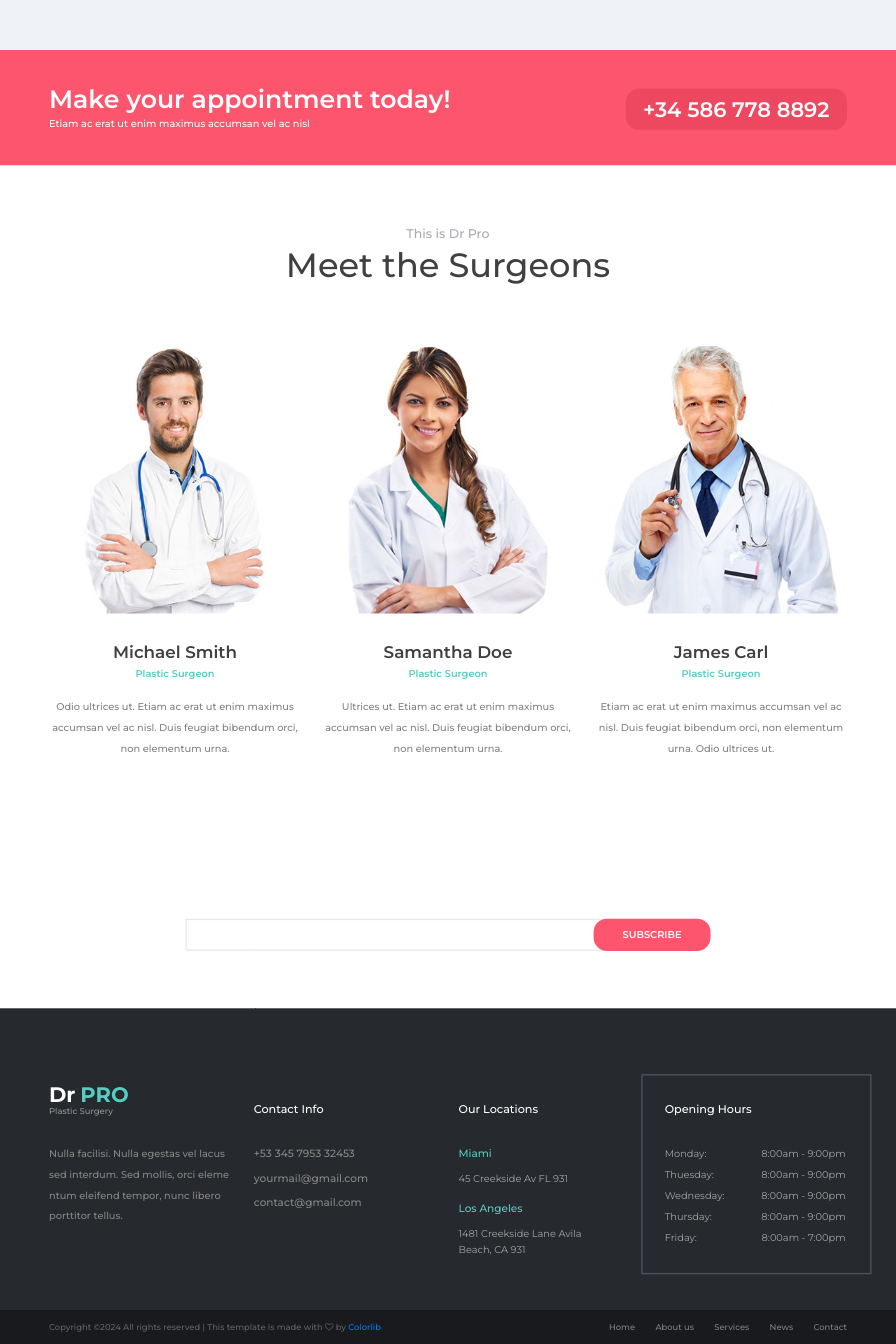
Repository: mustuqalbi/Medical-Website
Page: about.html
An editor plug-in stored every save of this project. The page is shown before and after the next save, followed by the edit.
The browser window is 1280 px wide. The pictures show the part of the page from y = 1779 to 3699 px (the page is 3699 px tall before and 3650 px after), at 70% of full size.

Above is the page before, as saved 2024-10-29 17:33:33.

After the next save:
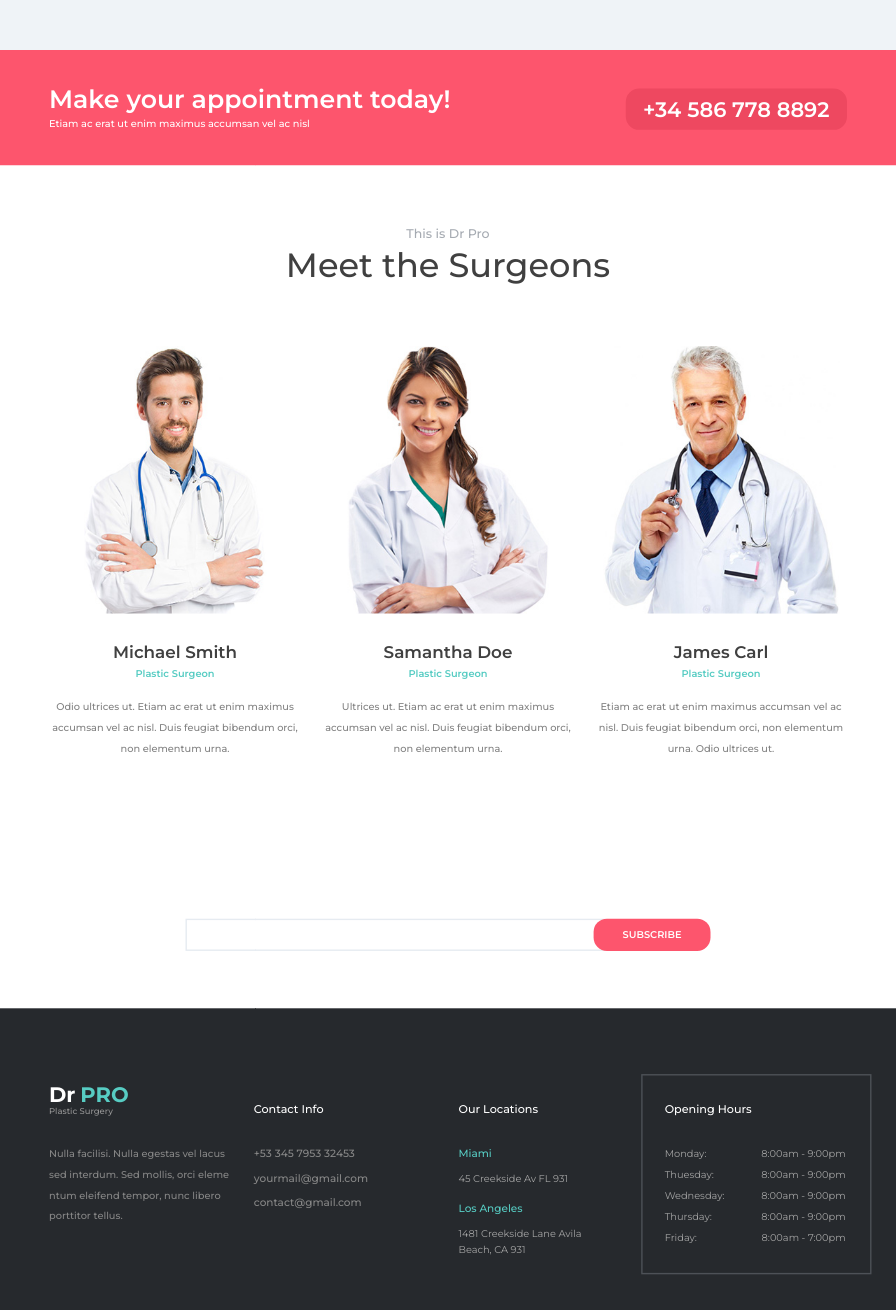
Saved 17 s later.
--- a/about.html
+++ b/about.html
@@ -432,29 +432,6 @@
 				</div>
 			</div>
 		</div>
-		<div class="footer_bar">
-			<div class="container">
-				<div class="row">
-					<div class="col">
-						<div class="footer_bar_content  d-flex flex-md-row flex-column align-items-md-center justify-content-start">
-							<div class="copyright"><!-- Link back to Colorlib can't be removed. Template is licensed under CC BY 3.0. -->
-Copyright &copy;<script>document.write(new Date().getFullYear());</script> All rights reserved | This template is made with <i class="fa fa-heart-o" aria-hidden="true"></i> by <a href="https://colorlib.com" target="_blank">Colorlib</a>
-<!-- Link back to Colorlib can't be removed. Template is licensed under CC BY 3.0. -->
-</div>
-							<nav class="footer_nav ml-md-auto">
-								<ul class="d-flex flex-row align-items-center justify-content-start">
-									<li><a href="index.html">Home</a></li>
-									<li><a href="about.html">About us</a></li>
-									<li><a href="services.html">Services</a></li>
-									<li><a href="blog.html">News</a></li>
-									<li><a href="contact.html">Contact</a></li>
-								</ul>
-							</nav>
-						</div>
-					</div>
-				</div>
-			</div>
-		</div>
 	</footer>
 </div>
 
